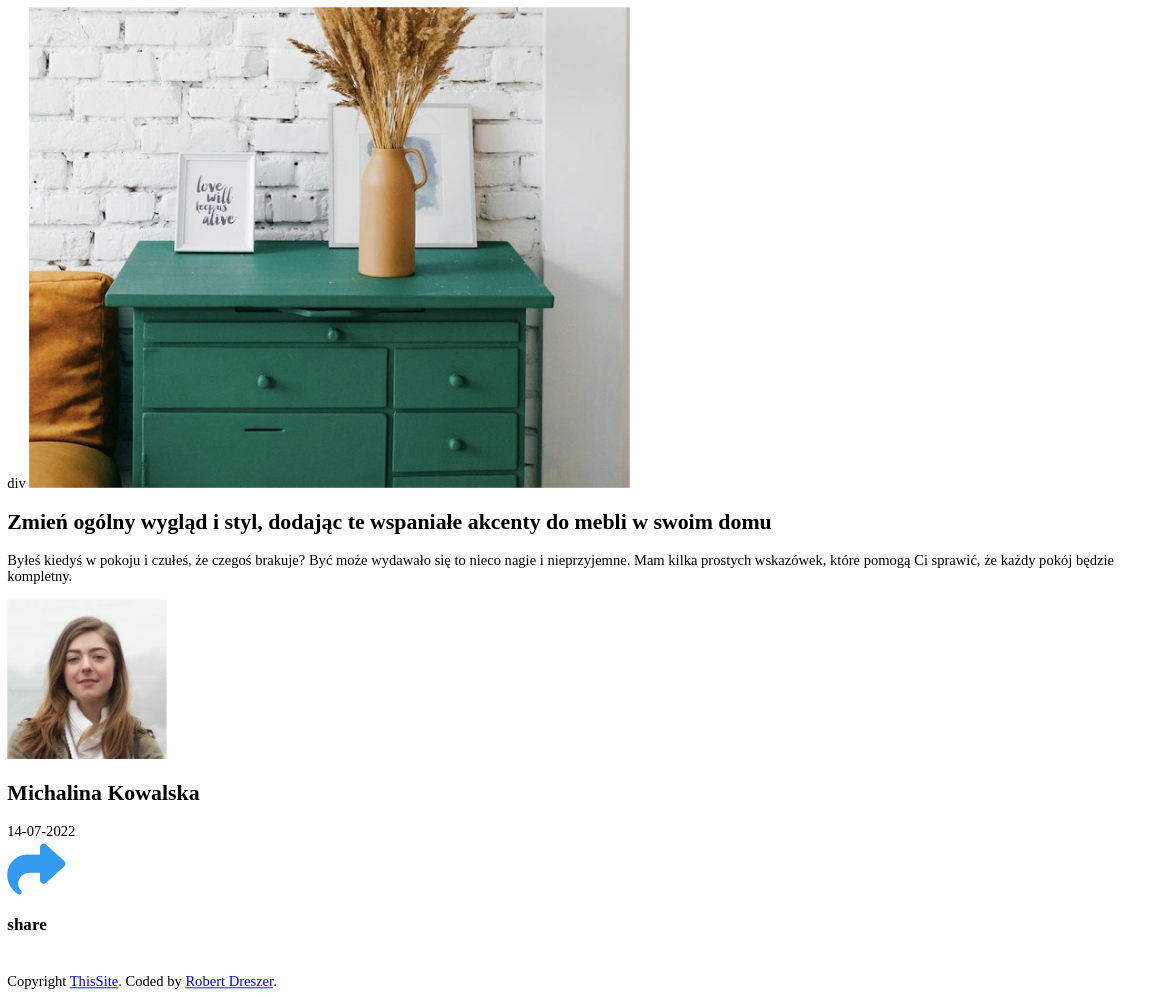
Repository: RobertDsr/komponent-podgl-du-produktu
Page: index.html
The author's editor kept a copy of each file at every save. The page is drawn from the files as they stood at one save, then again after a run of saves.
The browser window is 1280 px wide. The pictures show the whole page, at 91% of full size.
Some web libraries are served in a nearby version.

Above is the page before, as saved 2022-07-14 12:29:20.

### index.html
<!DOCTYPE html>
<html lang="pl">

<head>
  <meta charset="UTF-8">
  <meta name="viewport" content="width=device-width, initial-scale=1.0">
  <!-- displays site properly based on user's device -->

  <link rel="icon" type="image/png" sizes="32x32" href="./images/favicon-32x32.png">

  <script src="https://kit.fontawesome.com/f1983936fd.js" crossorigin="anonymous"></script>

  <title>Article preview component</title>
</head>

<body>

  <div class="wrapper">
    div
    <img src="./images/drawers.jpg" alt="zielona szafka z ustawionymi na niej gadżetami ">
    <section class="articleDescription">
      <h1 class="Title">Zmień ogólny wygląd i styl, dodając te wspaniałe akcenty do mebli w swoim domu</h1>
      <p>Byłeś kiedyś w pokoju i czułeś, że czegoś brakuje? Być może wydawało się to nieco nagie i nieprzyjemne. Mam
        kilka prostych wskazówek, które pomogą Ci sprawić, że każdy pokój będzie kompletny.</p>
      <div class="author">
        <img src="./images/avatar-michelle.jpg" alt="Michelle" class="imgAuthor">
        <div class="divAuthorName">
          <h2 class="authorName">Michalina Kowalska</h2>
          <time datetime="2022-07-14">14-07-2022</time>
        </div>
        <div class="socialMedia">
          <i class="fa-solid fa-share fa-4x" style="color: #339af0;"></i>
          <div class="popup">
            <div class="mediaWrapper">
              <h3>share</h3>
              <img class="img1" src="./images/icon-facebook.svg" alt="ikona facebooka">
              <img class="img2" src="./images/icon-twitter.svg" alt="ikona twittera">
              <img class="img3" src="./images/icon-pinterest.svg" alt="ikona pinteresta">
            </div>
          </div>
        </div>
      </div>
    </section>
  </div>
  <footer>
    <div class="attribution">
      Copyright <a href="https://robertdreszer.pl/" target="_blank">ThisSite</a>.
      Coded by <a href="https://robertdreszer.pl/">Robert Dreszer</a>.
    </div>
  </footer>
</body>

</html>

After the next 2 saves:
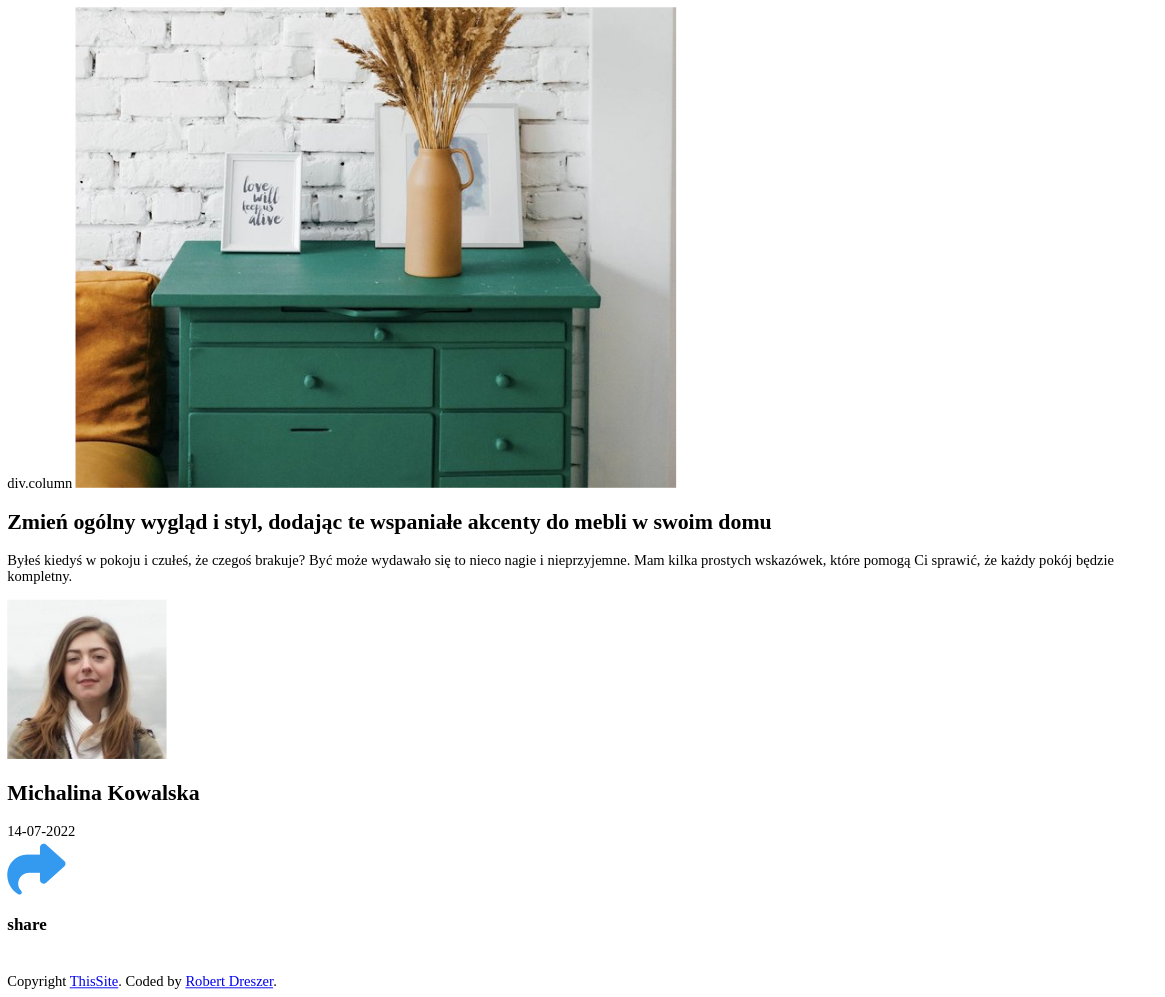
The 2 saves are shown as one change because they came seconds apart.
The last was saved 19 s later.
--- a/index.html
+++ b/index.html
@@ -16,7 +16,7 @@
 <body>
 
   <div class="wrapper">
-    div
+    div.column
     <img src="./images/drawers.jpg" alt="zielona szafka z ustawionymi na niej gadżetami ">
     <section class="articleDescription">
       <h1 class="Title">Zmień ogólny wygląd i styl, dodając te wspaniałe akcenty do mebli w swoim domu</h1>
